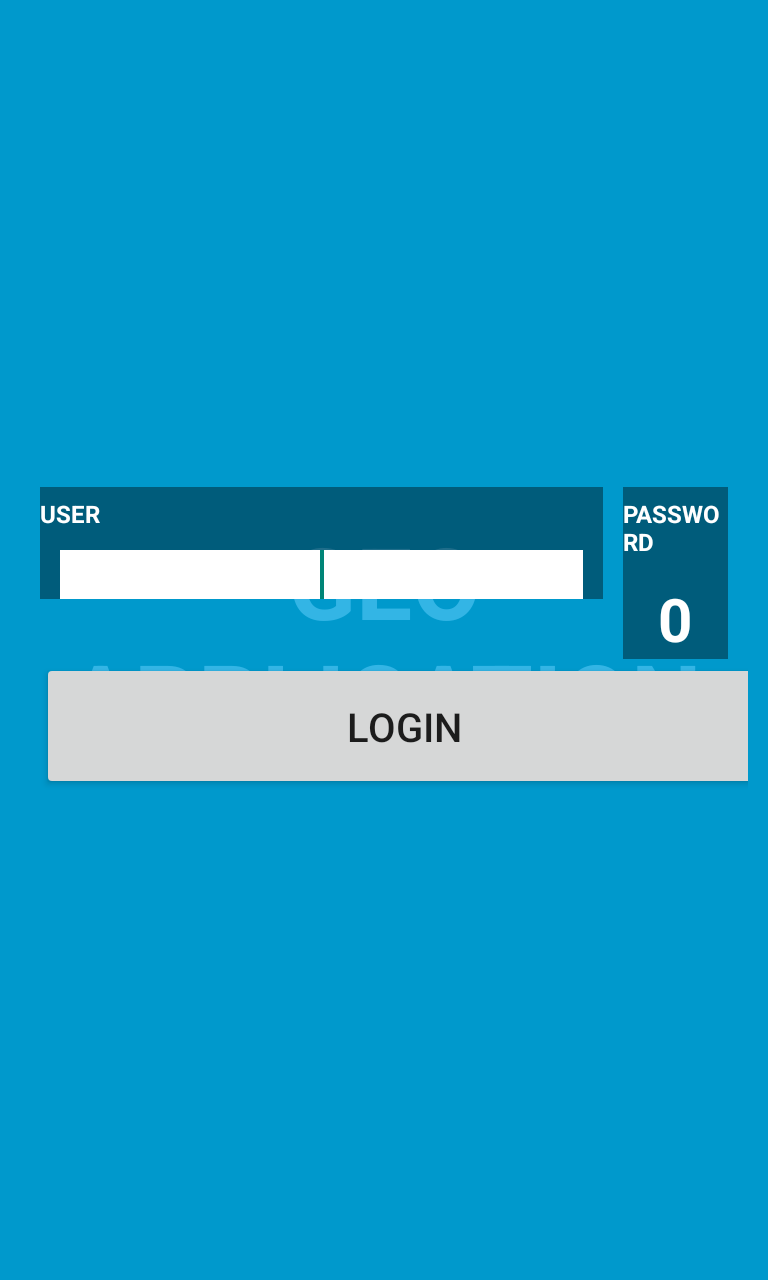
Repository: sebastianR1001/GeoApplication
Layout: GeoApplication/res/layout/login_fullscreen.xml
An editor plug-in stored every save of this project. The layout is shown before and after the next save, followed by the edit.
It is drawn on a 768 x 1280 px phone screen (xhdpi) without system bars, with theme AppTheme; the app's code is not run.

Above is the layout before, as saved 2014-10-25 18:56:14.

After the next save:
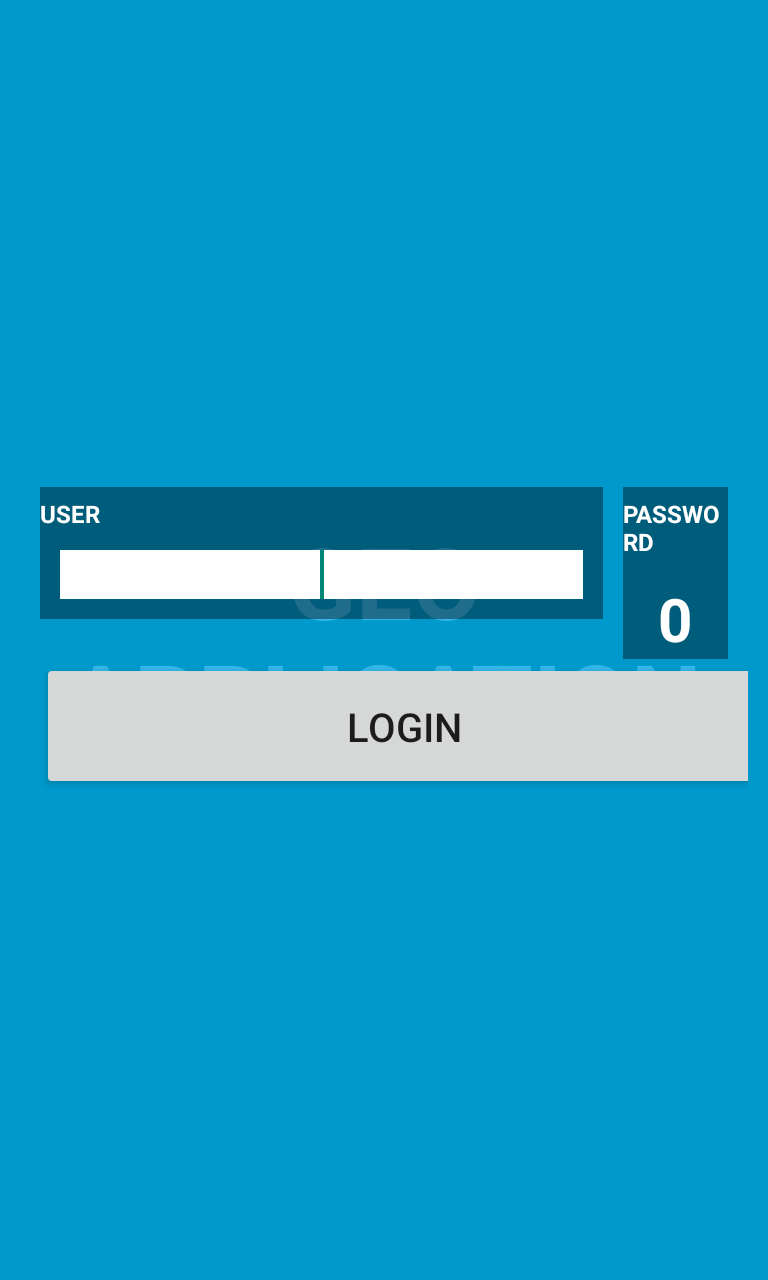
Saved 17 s later.
--- a/GeoApplication/res/layout/login_fullscreen.xml
+++ b/GeoApplication/res/layout/login_fullscreen.xml
@@ -60,6 +60,7 @@
 			       android:layout_marginRight="10dp"
 		           android:layout_marginLeft="10dp"
 			       android:layout_marginTop="10dp"
+			       android:layout_marginBottom="10dp"
 			       android:ems="20" >
 
        				<requestFocus />
